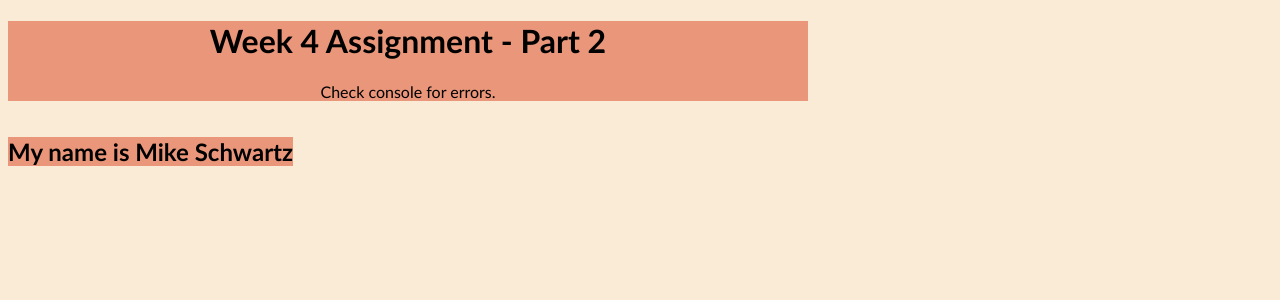
Repository: Ellusionism/prime-pw-week-4-assignment-part-2
Page: assignment/index.html
The author's editor kept a copy of each file at every save. The page is drawn from the files as they stood at one save, then again after a run of saves.
The browser window is 1280 px wide. The pictures show the whole page.

Above is the page before, as saved 2022-11-16 17:56:44.

After the next 2 saves:
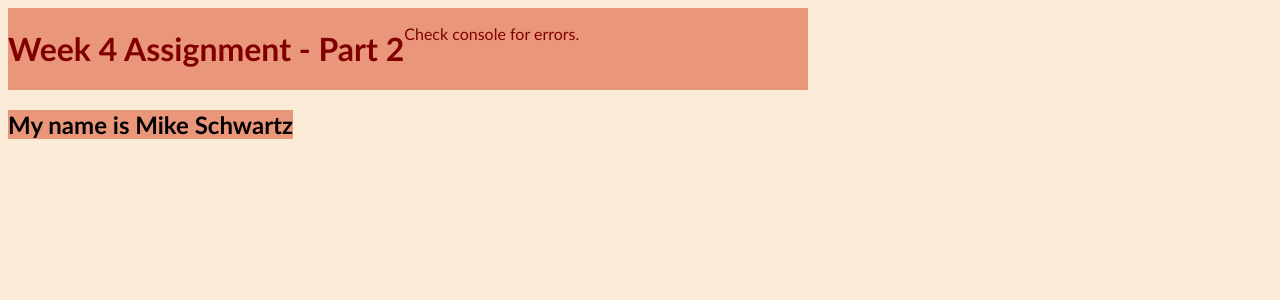
The 2 saves are shown as one change because they came seconds apart.
The last was saved 9 s later.
--- a/assignment/stylesheet.css
+++ b/assignment/stylesheet.css
@@ -7,7 +7,7 @@ body {
  background-color:darksalmon;
  text-align: center;
  width: 50em;
- duisplay
+ display: inline-flex;
  color: maroon;
 }
 
